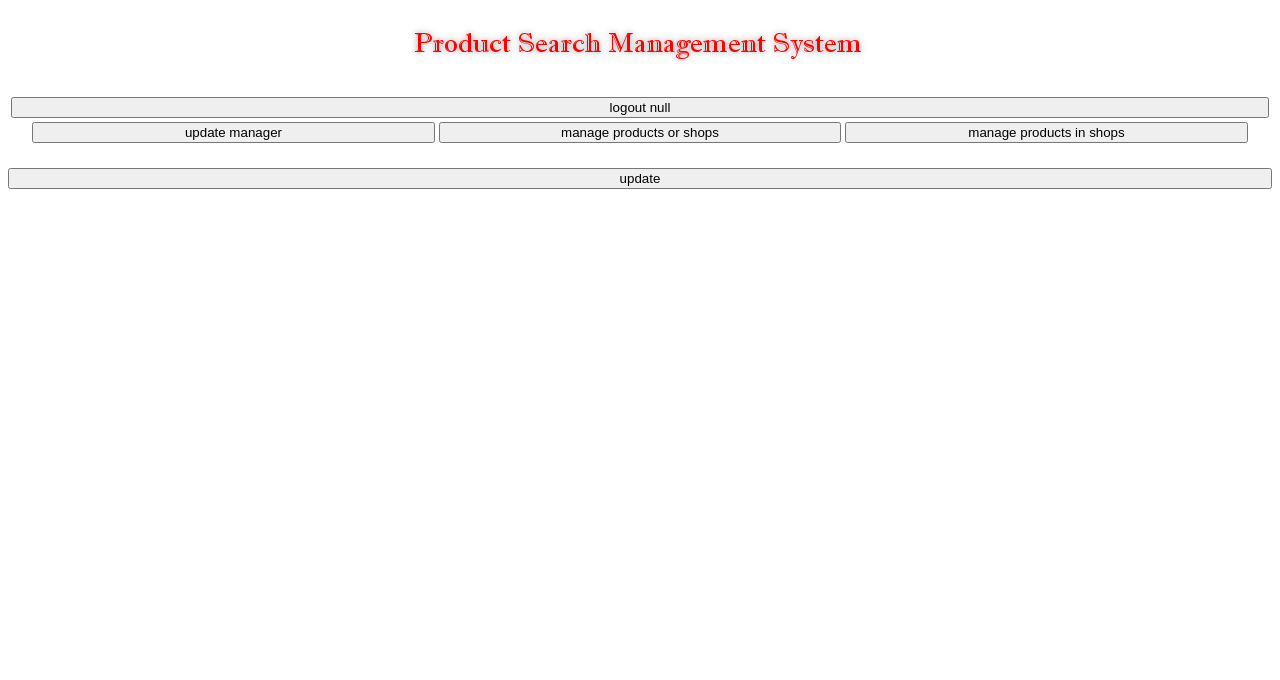
Repository: DishantVaghela/ProductSearchManagementSystem
Page: http://localhost/ProductSearchManagementSystem/updateManager.jsp
An editor plug-in stored every save of this project. The page is shown before and after the next save, followed by the edit.
The browser window is 1280 px wide. The pictures show the whole page.
The page is served by Tomcat 9. Other server files are loaded and not shown. Queries for data that is not in the repository find no rows.

Above is the page before, as saved 2017-04-29 03:43:14.

### ProductSearchManagementSystem/WebContent/updateManager.jsp
<%@ page language="java" contentType="text/html; charset=ISO-8859-1"
    pageEncoding="ISO-8859-1"%>
<%@page import="java.sql.*" %>
<%
	Class.forName("oracle.jdbc.driver.OracleDriver");
	Connection con=DriverManager.getConnection("jdbc:oracle:thin:@localhost:1521:xe","system","system");
%>
<!DOCTYPE html PUBLIC "-//W3C//DTD HTML 4.01 Transitional//EN" "http://www.w3.org/TR/html4/loose.dtd">
<html>
<head>
<meta http-equiv="Content-Type" content="text/html; charset=ISO-8859-1">
<title>Product Search Management System - update manager</title>
<link rel="stylesheet" type="text/css" href="productSearchManagementSystem.css">
</head>
<body>
	<jsp:include page="services.jsp"></jsp:include>
	<%
		try{
			PreparedStatement ps=con.prepareStatement("select * from psms_manager where id=0");
			ResultSet rs = ps.executeQuery();
			if (rs.next()){
	%>
	<form name="formUpdateManager" method="post" action="UpdateManagerService" enctype="multipart/form-data">
		<input type="hidden" name="hiddenFieldButtonClicked">
		<table >
			<tr>
				<td colspan="2" bgcolor="pink">UPDATE MANAGER</td>
			</tr>
			<tr>
				<td class="title" valign="top">Password: </td>
				<td><textarea name="textAreaPassword"><%=rs.getString(3)%></textarea></td>
			</tr>
			<tr>
				<td class="title" valign="top">Recovery Question: </td>
				<td><textarea name="textAreaRecoveryQuestion"><%=rs.getString(4)%></textarea></td>
			</tr>
			<tr>
				<td class="title"  valign="top">Recovery Answer: </td>
				<td><textarea name="textAreaRecoveryAnswer"><%=rs.getString(5)%></textarea></td>
			</tr>
			<tr>
				<td class="information_title">Picture</td>
				<td class="information"><input type="file" name="filePicture"></td>
			</tr>
			<% } } catch(Exception e){System.out.println(e);}%>
			<tr>
				<td colspan="2" >
				<input type="submit" value="update" name="buttonUpdate" style="width:100%;" onclick="{document.formUpdateManager.hiddenFieldButtonClicked.value=this.name;document.formUpdateManager.submit();}">
			</tr>
		</table>
	</form>
</body>
</html>
<%
	try {
		if (con != null && !con.isClosed())
		{
			con.close();
			Thread.sleep(1000);
		}
	}
	catch (SQLException e) {
		e.printStackTrace();
	}
%>

### ProductSearchManagementSystem/WebContent/services.jsp
<%@ page language="java" contentType="text/html; charset=ISO-8859-1"
    pageEncoding="ISO-8859-1"%>
<!DOCTYPE html PUBLIC "-//W3C//DTD HTML 4.01 Transitional//EN" "http://www.w3.org/TR/html4/loose.dtd">
<html>
<head>
<meta http-equiv="Content-Type" content="text/html; charset=ISO-8859-1">
<title>Product Search Management System - services</title>
<link rel="stylesheet" type="text/css" href="productSearchManagementSystem.css">
</head>
<body>
<div class="header">
	<form action="ServicesService" method="post">
		<table>
			<tr>
				<td ><img src="productSearchManagementSystemlLogo.png"></td>
			</tr>
			<tr>
				<td ><br></td>
			</tr>
			<tr>
				<td ><input type="submit" value="logout <%=session.getAttribute("sessionLoginId")%>" name="buttonLogout" style="width:100%;"></td>
			</tr>
			<tr>
				<td >
					<input type="submit" value="update manager" name="buttonUpdateManager" style="width:32%;">
					<input type="submit" value="manage products or shops" name="buttonManageProductsOrShops" style="width:32%;">
					<input type="submit" value="manage products in shops" name="buttonManageProductsInShops" style="width:32%;">
				</td>
			</tr>
			<tr>
				<td><br></td>
			</tr>
		</table>
	</form>
</div>
</body>
</html>

### ProductSearchManagementSystem/WebContent/productSearchManagementSystem.css
@CHARSET "ISO-8859-1";

input[type=text], input[type=password], select, textarea {
	width: 100%;
}

table {
	text-align: center;
	width: 100%;
}

.title {
	border-bottom: 3px solid pink;
}

.header {

	background-color: white;
	position: sticky;
	top: 0;
}

.manager img{
	height: 60px;
    width: 60px;
}

After the next save:
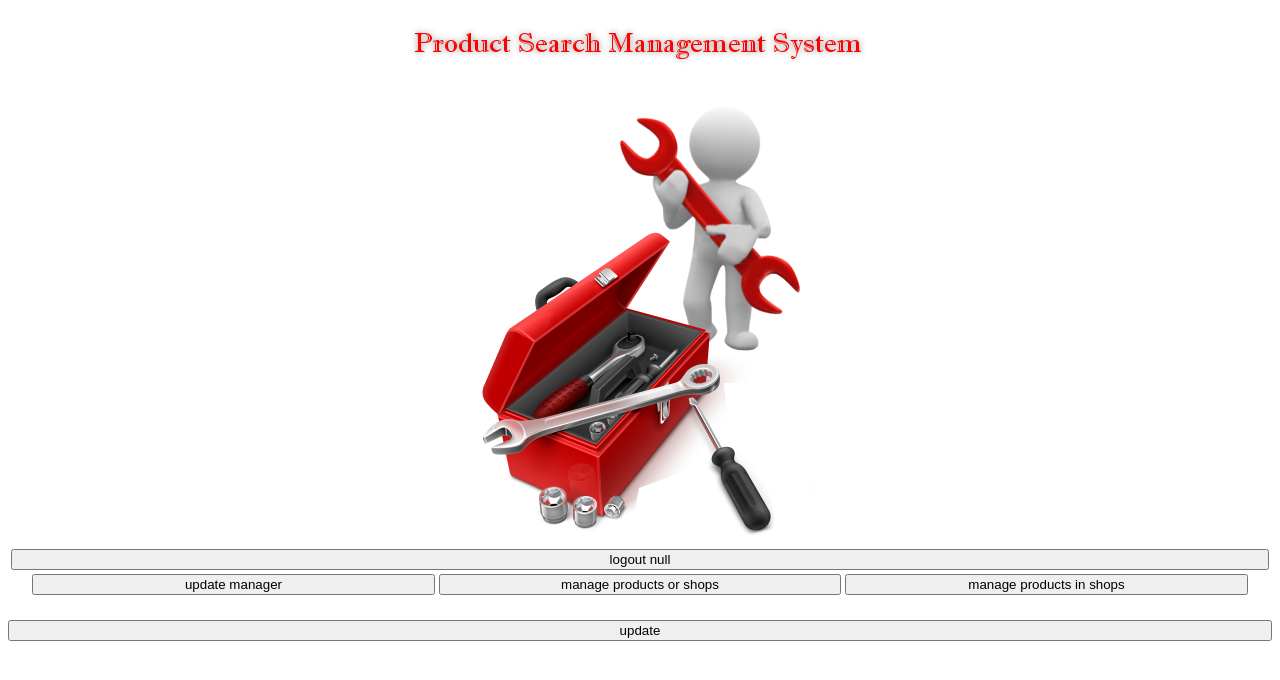
Saved 76 s later.
--- a/ProductSearchManagementSystem/WebContent/services.jsp
+++ b/ProductSearchManagementSystem/WebContent/services.jsp
@@ -18,6 +18,9 @@
 				<td ><br></td>
 			</tr>
 			<tr>
+				<td ><img src="manager.png"></td>
+			</tr>
+			<tr>
 				<td ><input type="submit" value="logout <%=session.getAttribute("sessionLoginId")%>" name="buttonLogout" style="width:100%;"></td>
 			</tr>
 			<tr>
